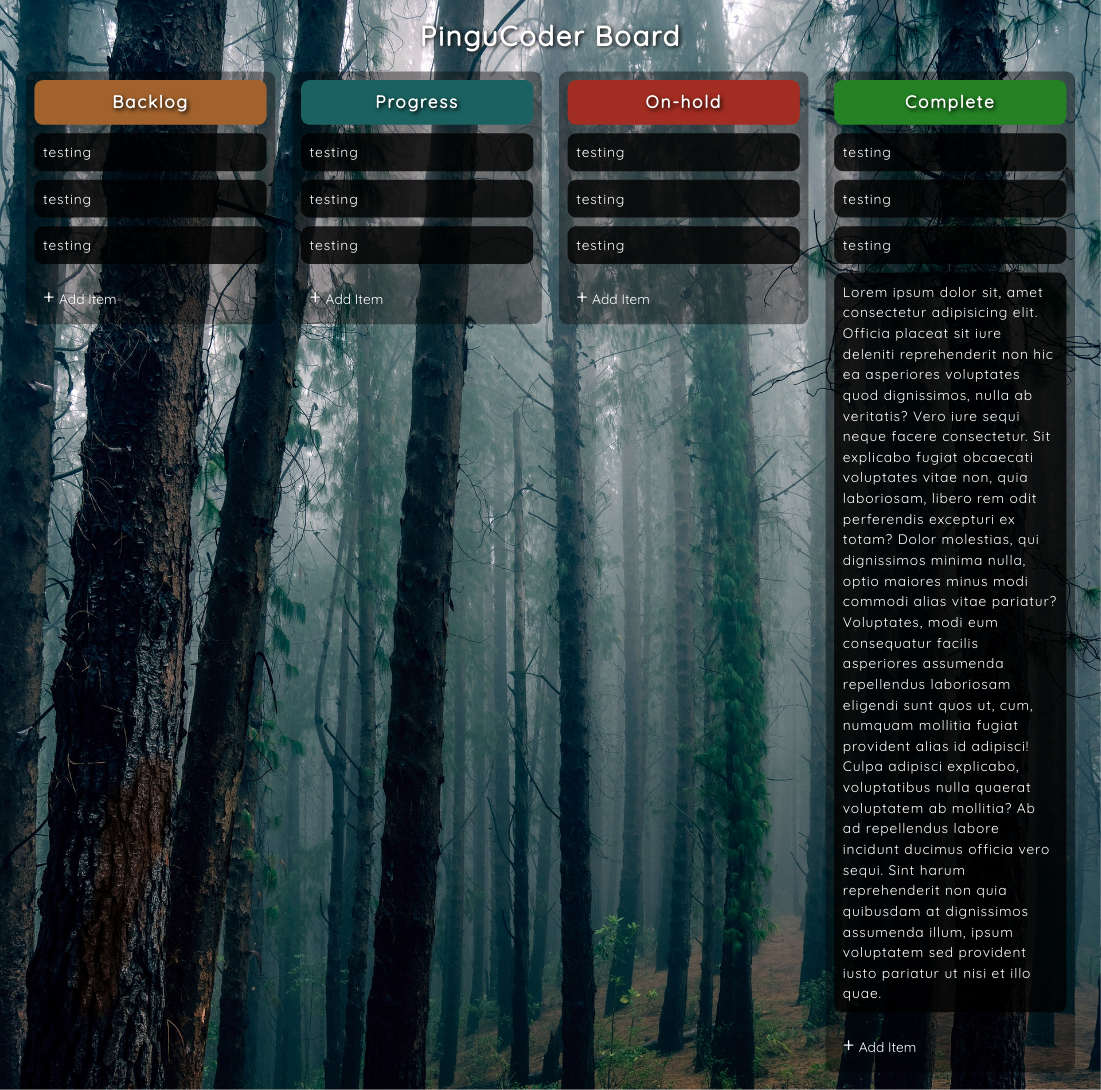
Repository: chanwarichawki/6Drag-And-Drop
Page: index.html
The author's editor kept a copy of each file at every save. The page is drawn from the files as they stood at one save, then again after a run of saves.
The browser window is 1280 px wide. The pictures show the whole page, at 86% of full size.
Backgrounds fixed to the window are drawn as part of the page.

Above is the page before, as saved 2023-12-25 19:28:00.

### index.html
<!DOCTYPE html>
<html lang="en">
<head>
    <meta charset="UTF-8">
    <meta name="viewport" content="width=device-width, initial-scale=1.0">
    <title>Drag and Drop</title>
    <link rel="icon" type="image/png" href="favicon.png">
    <link rel="stylesheet" href="style.css">
</head>
<body>
    <h1 class="main-title">PinguCoder Board</h1>
    <div class="drag-container">
      <ul class="drag-list">
        <!-- backLog column -->
        <li class="drag-column backlog-column">
        <span class="header">
          <h1>Backlog</h1>
        </span>
        <!-- backLog content -->
        <div id="backlog-content" class="">
          <ul class="drag-item-list" id="backlog-list">
            <li class="drag-item">testing</li>
            <li class="drag-item">testing</li>
            <li class="drag-item">testing</li>
          </ul>
        </div>
        <!-- add button group -->
        <div class="add-btn-group">
          <div class="add-btn">
            <span class="plus-sign">+</span>
            <span>Add Item</span>
          </div>
          <div class="add-btn solid">
            <span>Sve Item</span>
          </div>
          <div class="add-container">
            <div class="add-item"></div>
          </div>
        </div>
      </li>


        <!-- progress column -->
        <li class="drag-column progress-column">
        <span class="header">
          <h1>Progress</h1>
        </span>
        <!-- progress content -->
        <div class="progress-content">
          <ul class="drag-item-list" id="progress-list">
            <li class="drag-item">testing</li>
            <li class="drag-item">testing</li>
            <li class="drag-item">testing</li>
          </ul>
        </div>
        <!-- add button group -->
        <div class="add-btn-group">
          <div class="add-btn">
            <span class="plus-sign">+</span>
            <span>Add Item</span>
          </div>
          <div class="add-btn solid">
            <span>Sve Item</span>
          </div>
          <div class="add-container">
            <div class="add-item"></div>
          </div>
        </div>
      </li>


        <!-- on-hold column -->
        <li class="drag-column on-hold-column">
        <span class="header">
          <h1>On-hold</h1>
        </span>
        <!-- on-hold content -->
        <div class="on-hold-content">
          <ul class="drag-item-list" id="on-hold-list">
            <li class="drag-item">testing</li>
            <li class="drag-item">testing</li>
            <li class="drag-item">testing</li>
          </ul>
        </div>
        <!-- add button group -->
        <div class="add-btn-group">
          <div class="add-btn">
            <span class="plus-sign">+</span>
            <span>Add Item</span>
          </div>
          <div class="add-btn solid">
            <span>Sve Item</span>
          </div>
          <div class="add-container">
            <div class="add-item"></div>
          </div>
        </div>
      </li>


        <!-- complete column -->
        <li class="drag-column complete-column">
        <span class="header">
          <h1>Complete</h1>
        </span>
        <!-- complete content -->
        <div class="complete-content">
          <ul class="drag-item-list" id="complete-list">
            <li class="drag-item">testing</li>
            <li class="drag-item">testing</li>
            <li class="drag-item">testing</li>
            <li class="drag-item">Lorem ipsum dolor sit, amet consectetur adipisicing elit. Officia placeat sit iure deleniti reprehenderit non hic ea asperiores voluptates quod dignissimos, nulla ab veritatis? Vero iure sequi neque facere consectetur.
            Sit explicabo fugiat obcaecati voluptates vitae non, quia laboriosam, libero rem odit perferendis excepturi ex totam? Dolor molestias, qui dignissimos minima nulla, optio maiores minus modi commodi alias vitae pariatur?
            Voluptates, modi eum consequatur facilis asperiores assumenda repellendus laboriosam eligendi sunt quos ut, cum, numquam mollitia fugiat provident alias id adipisci! Culpa adipisci explicabo, voluptatibus nulla quaerat voluptatem ab mollitia?
            Ab ad repellendus labore incidunt ducimus officia vero sequi. Sint harum reprehenderit non quia quibusdam at dignissimos assumenda illum, ipsum voluptatem sed provident iusto pariatur ut nisi et illo quae.</li>
          </ul>
        </div>
        <!-- add button group -->
        <div class="add-btn-group">
          <div class="add-btn">
            <span class="plus-sign">+</span>
            <span>Add Item</span>
          </div>
          <div class="add-btn solid">
            <span>Sve Item</span>
          </div>
          <div class="add-container">
            <div class="add-item"></div>
          </div>
        </div>
      </li>


      </ul>
    </div>
    <!-- Script -->
    <script src="script.js"></script>
</body>
</html>

### style.css
/* Trees Image - Pexels: https://www.pexels.com/photo/photo-of-trees-in-forest-3801030/ */
@import url("https://fonts.googleapis.com/css?family=Quicksand&display=swap");

html {
  box-sizing: border-box;
}

:root {
  --column-1: #a2622d;
  --column-2: #1b6161;
  --column-3: #248224;
  --column-4: #a22d22;
}

body {
  margin: 0;
  background: url("./trees.jpg");
  background-size: cover;
  background-position: 50% 60%;
  background-attachment: fixed;
  color: white;
  font-family: Quicksand, sans-serif;
  overflow-y: hidden;
}

h1 {
  letter-spacing: 2px;
  text-shadow: 2px 2px 5px black;
}

.main-title {
  text-align: center;
  font-size: 3rem;
}

ul {
  list-style-type: none;
  margin: 0;
  padding: 0;
}

.drag-container {
  margin: 20px;
}

.drag-list {
  display: flex;
  align-items: flex-start;
}

/* Columns */
.drag-column {
  flex: 1;
  margin: 0 10px;
  position: relative;
  background-color: rgba(0, 0, 0, 0.4);
  border-radius: 10px;
  overflow-x: hidden;
}

.backlog-column .header,
.backlog-column .solid,
.backlog-column .solid:hover,
.backlog-column .over {
  background-color: var(--column-1);
}

.progress-column .header,
.progress-column .solid,
.progress-column .solid:hover,
.progress-column .over {
  background-color: var(--column-2);
}

.complete-column .header,
.complete-column .solid,
.complete-column .solid:hover,
.complete-column .over {
  background-color: var(--column-3);
}

.on-hold-column .header,
.on-hold-column .solid,
.on-hold-column .solid:hover,
.on-hold-column .over {
  background-color: var(--column-4);
}

/* Custom Scrollbar */
.custom-scroll {
  overflow-y: auto;
  max-height: 52vh;
}

.custom-scroll::-webkit-scrollbar-track {
  box-shadow: inset 0 0 6px rgba(0, 0, 0, 0.4);
  border-radius: 10px;
  background-color: rgba(255, 255, 255, 0.3);
  margin-right: 5px;
}

.custom-scroll::-webkit-scrollbar {
  width: 10px;
}

.custom-scroll::-webkit-scrollbar-thumb {
  border-radius: 10px;
  box-shadow: inset 0 0 6px rgba(0, 0, 0, 0.3);
  background-color: rgba(0, 0, 0, 0.8);
}

.header {
  display: flex;
  justify-content: center;
  border-radius: 10px;
  margin: 10px;
}

.header h1 {
  font-size: 1.25rem;
}

/* Drag and Drop */
.over {
  padding: 50px 10px;
}

.drag-item-list {
  min-height: 50px;
}

.drag-item {
  margin: 10px;
  padding: 10px;
  height: fit-content;
  background-color: rgba(0, 0, 0, 0.8);
  border-radius: 10px;
  line-height: 1.5rem;
  letter-spacing: 1px;
  cursor: pointer;
}

.drag-item:focus {
  outline: none;
  background-color: white;
  color: black;
}

/* Add Button Group */
.add-btn-group {
  display: flex;
  justify-content: space-between;
}

.add-btn {
  margin: 10px;
  padding: 5px 10px;
  display: flex;
  align-items: center;
  cursor: pointer;
  width: fit-content;
  border-radius: 5px;
  transition: all 0.3s ease-in;
  user-select: none;
}

.add-btn:hover {
  background-color: rgba(255, 255, 255, 0.9);
  color: black;
}

.add-btn:active {
  transform: scale(0.97);
}

.solid {
  display: none;
}

.solid:hover {
  transition: unset;
  filter: brightness(95%);
  color: white;
}

.plus-sign {
  font-size: 1.5rem;
  margin-right: 5px;
  position: relative;
  top: -3px;
}

.add-container {
  margin: 10px;
  padding: 5px 10px;
  border-radius: 10px;
  background-color: rgba(255, 255, 255, 0.9);
  min-height: 100px;
  display: none;
}

.add-item {
  width: 100%;
  min-height: 100px;
  height: auto;
  background-color: white;
  border-radius: 10px;
  margin: 5px auto;
  resize: none;
  color: black;
  padding: 10px;
}

.add-item:focus {
  outline: none;
}

/* Media Query: Laptop */
@media screen and (max-width: 1800px) {
  .main-title {
    font-size: 2rem;
  }
}

/* Media Query: Large Smartphone (Vertical) */
@media screen and (max-width: 600px) {
  body {
    overflow-y: auto;
  }

  .drag-container {
    margin: 0;
  }

  .drag-list {
    display: block;
  }

  .drag-column {
    margin: 10px;
  }
}

### script.js
const addBtns = document.querySelectorAll('.add-btn:not(.solid)');
const saveItemBtns = document.querySelectorAll('.solid');
const addItemContainers = document.querySelectorAll('.add-container');
const addItems = document.querySelectorAll('.add-item');
// Item Lists
const itemLists = document.querySelectorAll('.drag-item-list');
const backlogList = document.getElementById('backlog-list');
const progressList = document.getElementById('progress-list');
const completeList = document.getElementById('complete-list');
const onHoldList = document.getElementById('on-hold-list');

// Items


// Initialize Arrays
let backlogListArray = [];
let progressListArray = [];
let completeListArray = [];
let onHoldListArray = [];

// Drag Functionality


// Get Arrays from localStorage if available, set default values if not
function getSavedColumns() {
  if (localStorage.getItem('backlogItems')) {
    backlogListArray = JSON.parse(localStorage.backlogItems);
    progressListArray = JSON.parse(localStorage.progressItems);
    completeListArray = JSON.parse(localStorage.completeItems);
    onHoldListArray = JSON.parse(localStorage.onHoldItems);
  } else {
    backlogListArray = ['Release the course', 'Sit back and relax'];
    progressListArray = ['Work on projects', 'Listen to music'];
    completeListArray = ['Being cool', 'Getting stuff done'];
    onHoldListArray = ['Being uncool'];
  }
}

// Set localStorage Arrays
function updateSavedColumns() {
  localStorage.setItem('backlogItems', JSON.stringify(backlogListArray));
  localStorage.setItem('progressItems', JSON.stringify(progressListArray));
  localStorage.setItem('completeItems', JSON.stringify(completeListArray));
  localStorage.setItem('onHoldItems', JSON.stringify(onHoldListArray));
}

// Create DOM Elements for each list item
function createItemEl(columnEl, column, item, index) {
  console.log('columnEl:', columnEl);
  console.log('column:', column);
  console.log('item:', item);
  console.log('index:', index);
  // List Item
  const listEl = document.createElement('li');
  listEl.classList.add('drag-item');

}

// Update Columns in DOM - Reset HTML, Filter Array, Update localStorage
function updateDOM() {
  // Check localStorage once

  // Backlog Column

  // Progress Column

  // Complete Column

  // On Hold Column

  // Run getSavedColumns only once, Update Local Storage


}

After the next 4 saves:
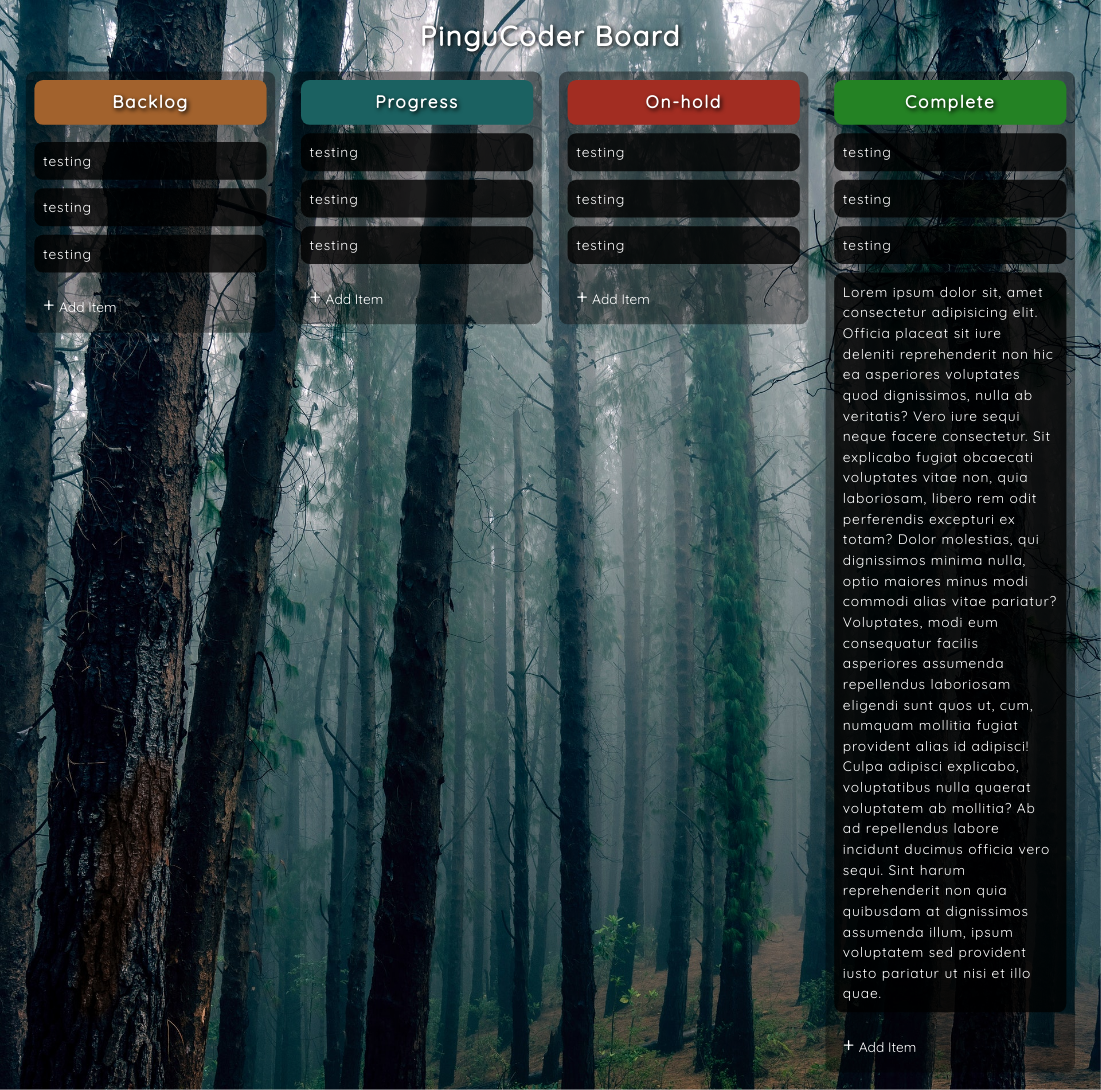
The 4 saves are shown as one change because they came seconds apart.
The last was saved 14 s later.
--- a/index.html
+++ b/index.html
@@ -17,7 +17,7 @@
           <h1>Backlog</h1>
         </span>
         <!-- backLog content -->
-        <div id="backlog-content" class="">
+        <div id="backlog-content" class="custom-scroll">
           <ul class="drag-item-list" id="backlog-list">
             <li class="drag-item">testing</li>
             <li class="drag-item">testing</li>
